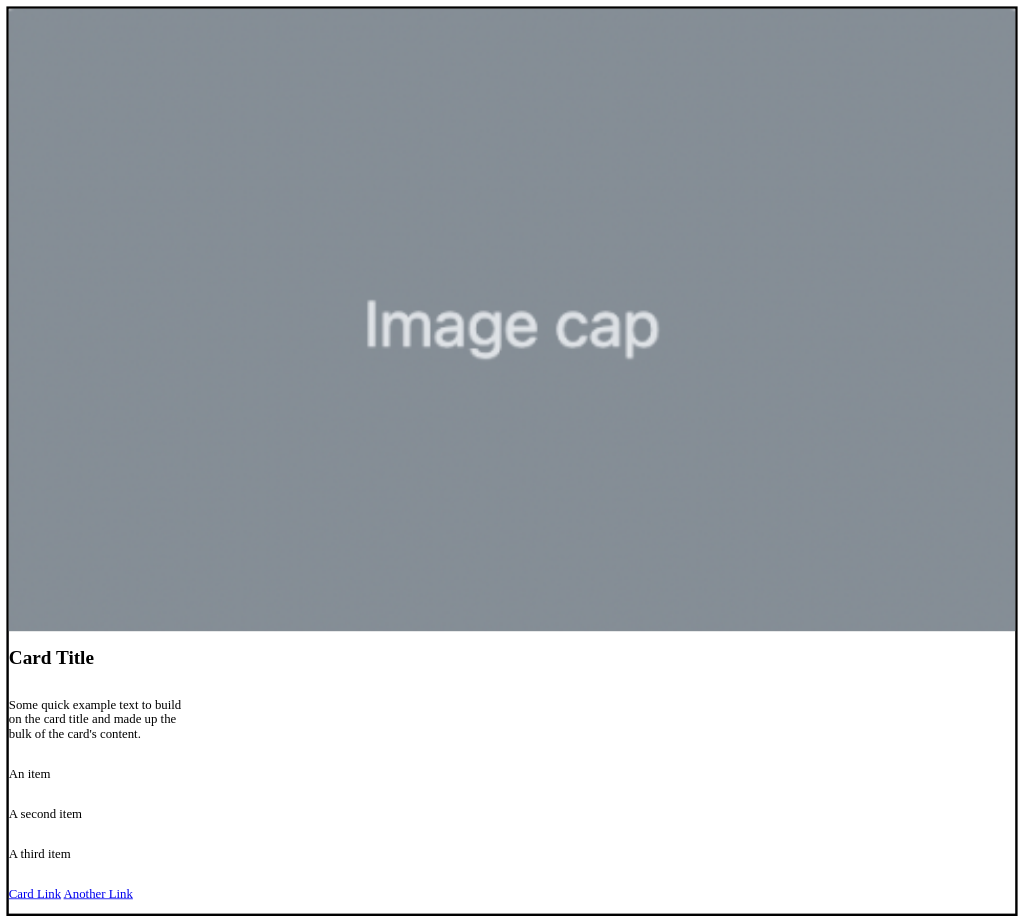
Repository: tr2cky/jsx-exercise
Page: 04 Card/card.html
An editor plug-in stored every save of this project. The page is shown before and after the next save, followed by the edit.
The browser window is 1280 px wide. The pictures show the whole page, at 80% of full size.

Above is the page before, as saved 2022-09-27 16:05:47.

After the next save:
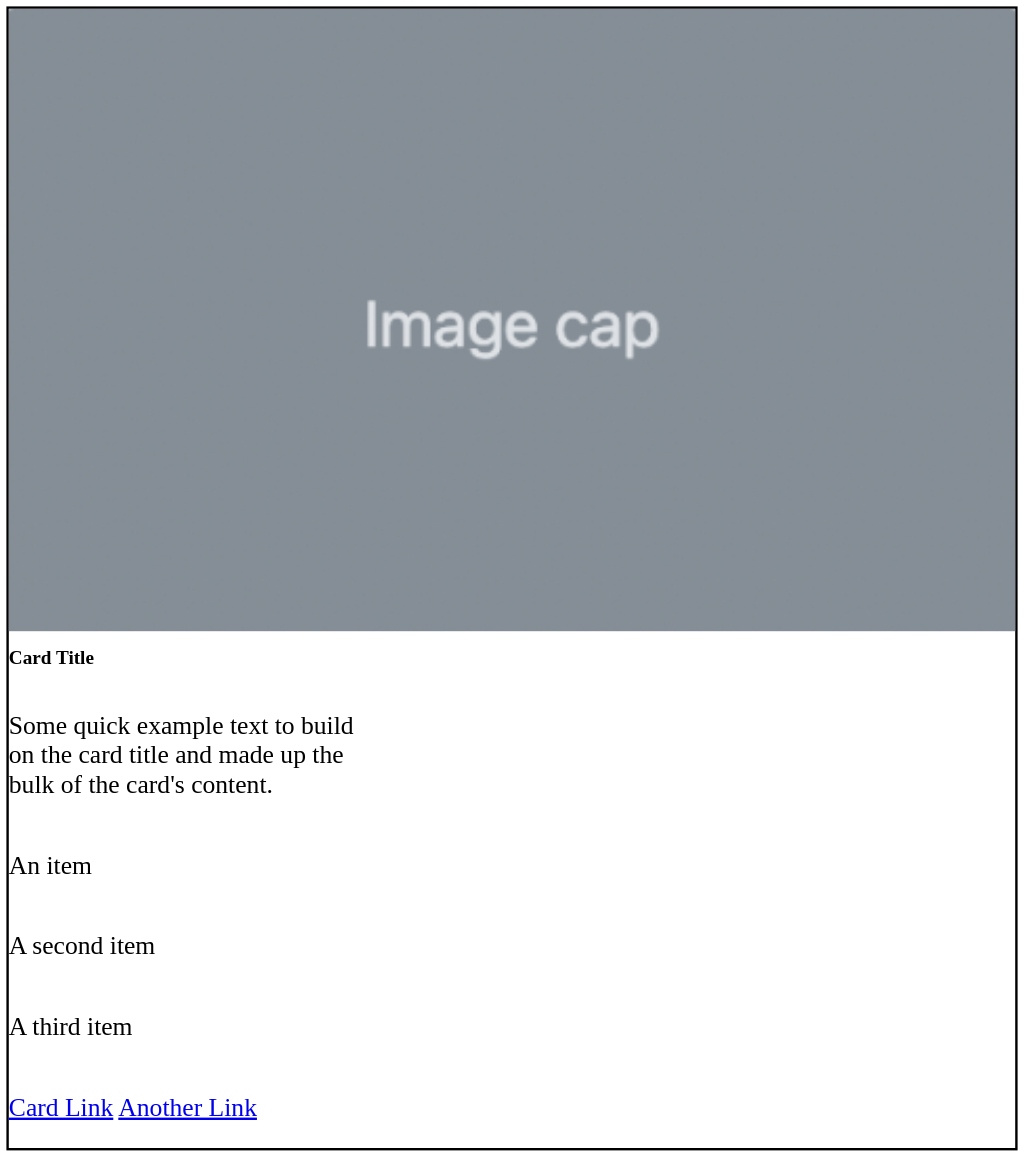
Saved 56 s later.
--- a/04 Card/style.css
+++ b/04 Card/style.css
@@ -3,3 +3,6 @@
     flex-direction: column;
     border: 3px solid black;
 }
+.container > p {
+    font-size: 2rem;
+}
